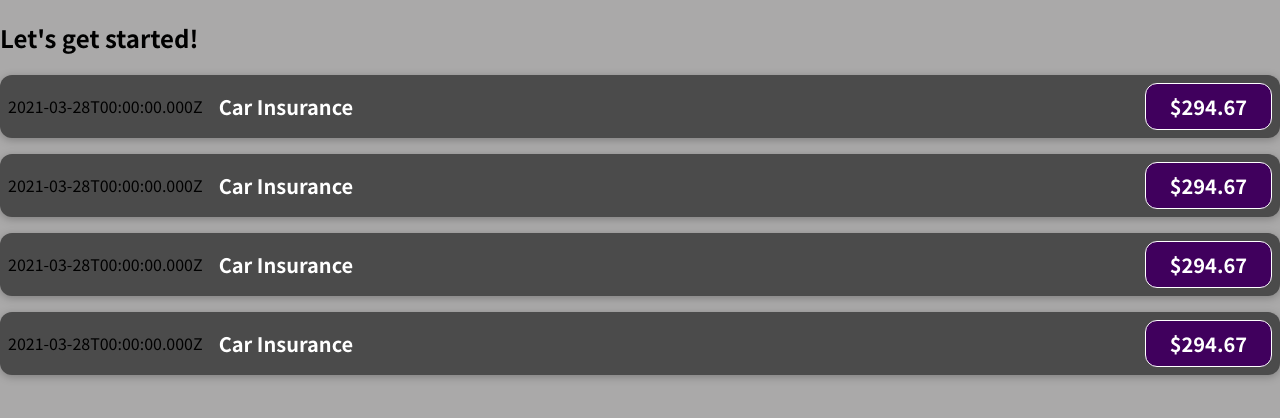
Repository: otvertka/MSC
Page: /
The author's editor kept a copy of each file at every save. The page is drawn from the files as they stood at one save, then again after the next save.
The browser window is 1280 px wide. The pictures show the whole page.
The project was rebuilt for these pictures with package versions that can differ from the ones it lists, and the page was loaded fresh each time.

Above is the page before, as saved 2023-06-17 13:26:05.

After the next save:
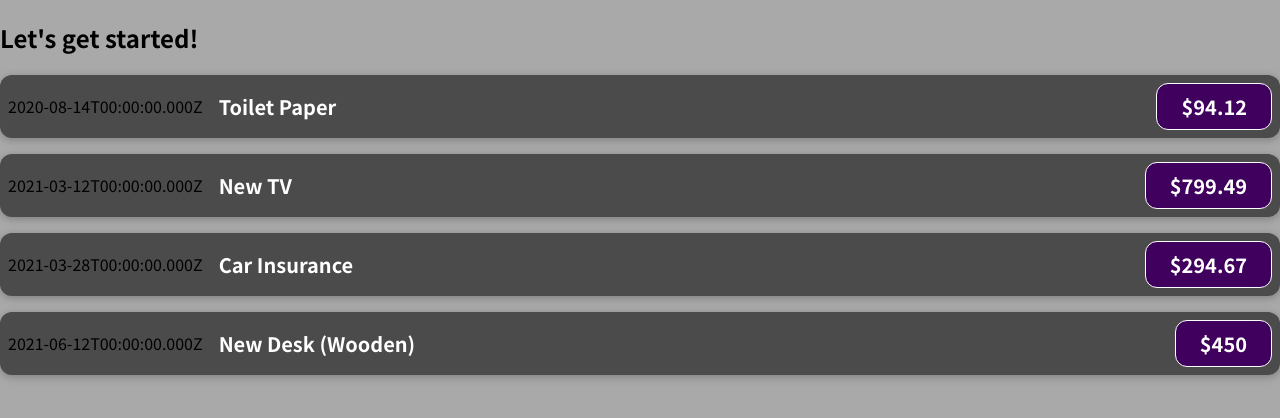
Saved 19 min 19 s later.
--- a/src/components/ExpenseItem.js
+++ b/src/components/ExpenseItem.js
@@ -1,17 +1,13 @@
 import "./ExpenseItem.css";
 
-function ExpenseItem() {
-  const expenseDate = new Date(2021, 2, 28);
-  const expenseTitle = "Car Insurance";
-  const expenseAmount = 294.67;
-
+function ExpenseItem(props) {
   return (
     //
     <div className="expense-item">
-      <div>{expenseDate.toISOString()}</div>
+      <div>{props.date.toISOString()}</div>
       <div className="expense-item__description">
-        <h2>{expenseTitle}</h2>
-        <div className="expense-item__price">${expenseAmount}</div>
+        <h2>{props.title}</h2>
+        <div className="expense-item__price">${props.amount}</div>
       </div>
     </div>
   );
